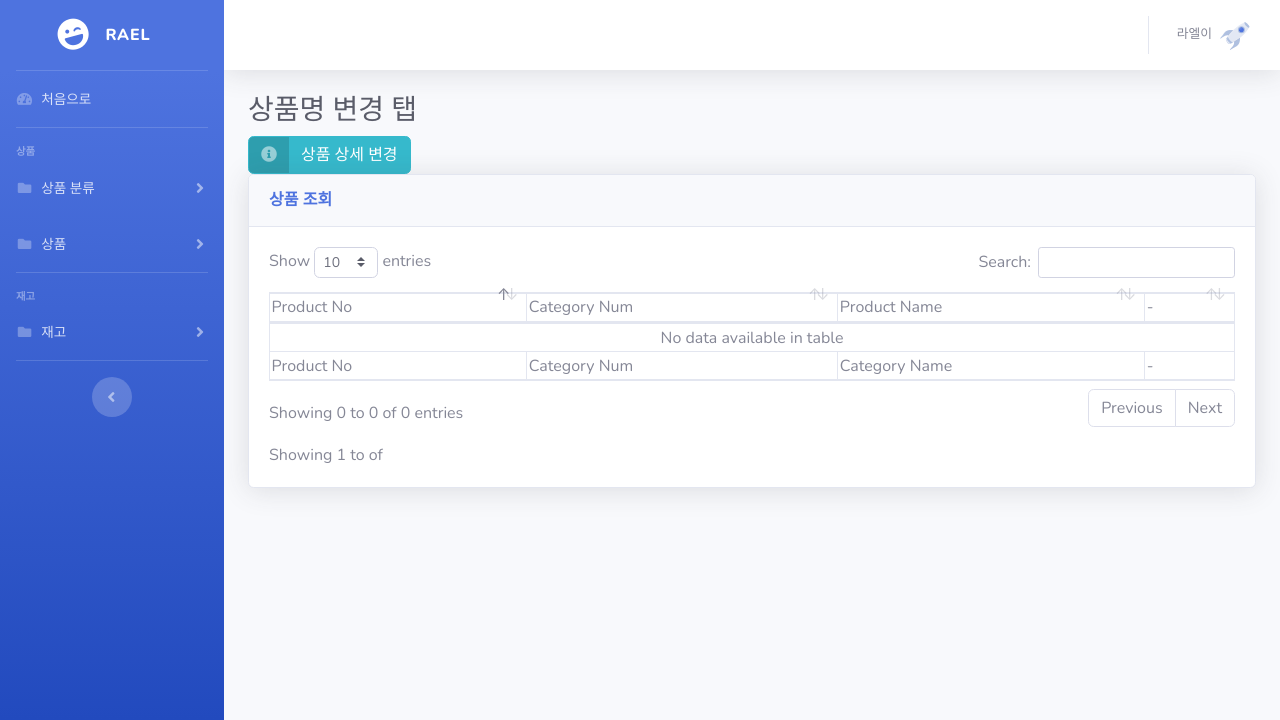
Repository: sww232/springRaelProject
Page: http://localhost/rael/WEB-INF/views/product/product_update.jsp
The author's editor kept a copy of each file at every save. The page is drawn from the files as they stood at one save, then again after the next save.
The browser window is 1280 px wide. The pictures show the whole page.
The page is served by Tomcat 9. Nobody is signed in. Other server files are loaded and not shown. The template is opened directly, without the code that normally fills it, so the values that code supplies are empty.

Above is the page before, as saved 2022-10-07 10:56:23.

### raelproject3/rael/src/main/webapp/WEB-INF/views/product/product_update.jsp
<%@ page language="java" contentType="text/html; charset=UTF-8" pageEncoding="UTF-8"%>
<%@ taglib uri="http://java.sun.com/jsp/jstl/core" prefix="c" %>
<%@ taglib prefix="sql" uri="http://java.sun.com/jsp/jstl/sql" %>
<%@ taglib prefix="fmt" uri="http://java.sun.com/jsp/jstl/fmt" %>
<!DOCTYPE html>
<html>
<head>
	    <meta name="viewport" content="width=device-width, initial-scale=1, shrink-to-fit=no">
	    <meta name="description" content="">
	    <meta name="author" content="">
	    <meta charset="UTF-8">
			<title>상품명 수정 탭</title>

		<link href="/vendor/fontawesome-free/css/all.min.css" rel="stylesheet" type="text/css">
	    <link
	        href="https://fonts.googleapis.com/css?family=Nunito:200,200i,300,300i,400,400i,600,600i,700,700i,800,800i,900,900i"
	        rel="stylesheet">

	    <!-- Custom styles for this template -->
	    <link href="/css/sb-admin-2.min.css" rel="stylesheet">
	    <script src="/vendor/jquery/jquery.min.js"></script>
	    <script src="/vendor/bootstrap/js/bootstrap.bundle.min.js"></script>

	    <!-- Core plugin JavaScript-->
	    <script src="/vendor/jquery-easing/jquery.easing.min.js"></script>

	    <!-- Custom scripts for all pages-->
	    <script src="/js/sb-admin-2.min.js"></script>

	    <!-- Page level plugins -->
	    <script src="/vendor/datatables/jquery.dataTables.min.js"></script>
	    <script src="/vendor/datatables/dataTables.bootstrap4.min.js"></script>

	    <!-- Page level custom scripts -->
	    <script src="/js/demo/datatables-demo.js"></script>

	    <!-- Custom styles for this page -->
	    <link href="/vendor/datatables/dataTables.bootstrap4.min.css" rel="stylesheet">

	</head>
	<body id="page-top">
		<form>
			<div class="modal fade" id="moaModal1" tabindex="-1" role="dialog" aria-labelledby="exampleModalLabel" aria-hidden="true">

				<div class="modal-dialog" role="document">
					<div class="modal-content">
						<div class="modal-header">
							<h5 class="modal-title" id="exampleModalLabel">상품 등록을 위한 카테고리 선택</h5>
							<button class="close" type="button" data-dismiss="modal" aria-label="Close">
								<span aria-hidden="true">x</span>
							</button>
							</div>
							<div class="modal-body">
								<select name="categoryBox1" id="categoryBox1">
									<option value="defaultValue" selected></option>
									<c:forEach var="list" items="${categorynums}">
										<option value="${list}">
											${list}
										</option>
									</c:forEach>
								</select>
							</div>
						<div class="modal-footer">
							<button class="btn btn-primary" type="button" data-dismiss="modal">Cancel</button>
							<button class="btn btn-primary" type="submit" formaction="/product/product_insert">Choice</button>
						</div>
					</div>
				</div>
			</div>
			<div class="modal fade" id="moaModal2" tabindex="-1" role="dialog" aria-labelledby="exampleModalLabel" aria-hidden="true">

				<div class="modal-dialog" role="document">
					<div class="modal-content">
						<div class="modal-header">
							<h5 class="modal-title" id="exampleModalLabel">상품 추가 등록을 위한 카테고리 선택</h5>
							<button class="close" type="button" data-dismiss="modal" aria-label="Close">
								<span aria-hidden="true">x</span>
							</button>
							</div>
							<div class="modal-body">
								<select name="categoryBox2" id="categoryBox2">
									<option value="defaultValue" selected></option>
									<c:forEach var="list" items="${categorynums}">
										<option value="${list}">
											${list}
										</option>
									</c:forEach>
								</select>
							</div>
						<div class="modal-footer">
							<button class="btn btn-primary" type="button" data-dismiss="modal">Cancel</button>
							<button class="btn btn-primary" type="submit" formaction="/product/product_insert_detail">Choice</button>
						</div>
					</div>
				</div>
			</div>
			<div class="modal fade" id="moaModal3" tabindex="-1" role="dialog" aria-labelledby="exampleModalLabel" aria-hidden="true">

				<div class="modal-dialog" role="document">
					<div class="modal-content">
						<div class="modal-header">
							<h5 class="modal-title" id="exampleModalLabel">상품명/상세정보 수정을 위한 카테고리 선택</h5>
							<button class="close" type="button" data-dismiss="modal" aria-label="Close">
								<span aria-hidden="true">x</span>
							</button>
							</div>
							<div class="modal-body">
								<select name="categoryBox3" id="categoryBox3">
									<option value="defaultValue" selected></option>
									<c:forEach var="list" items="${categorynums}">
										<option value="${list}">
											${list}
										</option>
									</c:forEach>
								</select>
							</div>
						<div class="modal-footer">
							<button class="btn btn-primary" type="button" data-dismiss="modal">Cancel</button>
							<button class="btn btn-primary" type="submit" formaction="/product/product_update">Choice</button>
						</div>
					</div>
				</div>
			</div>
		</form>
	<div id="wrapper">
		 <ul class="navbar-nav bg-gradient-primary sidebar sidebar-dark accordion" id="accordionSidebar">

            <!-- Sidebar - Brand -->
            <a class="sidebar-brand d-flex align-items-center justify-content-center" href="/">
                <div class="sidebar-brand-icon rotate-n-15">
                    <i class="fas fa-laugh-wink"></i>
                </div>
                <div class="sidebar-brand-text mx-3">RAEL</div>
            </a>

            <!-- Divider -->
            <hr class="sidebar-divider my-0">

            <!-- Nav Item - Dashboard -->
            <li class="nav-item">
                <a class="nav-link" href="/">
                    <i class="fas fa-fw fa-tachometer-alt"></i>
                    <span>처음으로</span></a>
            </li>

            <!-- Divider -->
            <hr class="sidebar-divider">

            <!-- Heading -->
            <div class="sidebar-heading">
                상품
            </div>

            <!-- Nav Item - Pages Collapse Menu -->
            <li class="nav-item">
                <a class="nav-link collapsed" href="#" data-toggle="collapse" data-target="#collapseTwo"
                    aria-expanded="true" aria-controls="collapseTwo">
                    <i class="fas fa-fw fa-folder"></i>
                    <span>상품 분류</span>
                </a>
                <div id="collapseTwo" class="collapse" aria-labelledby="headingTwo" data-parent="#accordionSidebar">
                    <div class="bg-white py-2 collapse-inner rounded">
                        <h6 class="collapse-header">상풍 분류 탭</h6>
                        <a class="collapse-item" href="/product/category_select?page=1&recordSize=10&pageSize=10">상품 분류 조회</a>
                        <a class="collapse-item" href="/product/category_insert?insertresult=0">상품 분류 등록</a>
                        <a class="collapse-item" href="/product/category_update">상품 분류 수정</a>
                    </div>
                </div>
            </li>

            <!-- Nav Item - Utilities Collapse Menu -->
            <li class="nav-item">
                <a class="nav-link collapsed" href="#" data-toggle="collapse" data-target="#collapseUtilities"
                    aria-expanded="true" aria-controls="collapseUtilities">
                    <i class="fas fa-fw fa-folder"></i>
                    <span>상품</span>
                </a>
                <div id="collapseUtilities" class="collapse" aria-labelledby="headingUtilities"
                    data-parent="#accordionSidebar">
                    <div class="bg-white py-2 collapse-inner rounded">
                        <h6 class="collapse-header">상품 탭</h6>
                        <a class="collapse-item" href="/product/all_select?page=1&recordSize=10&pageSize=10">상품 조회</a>
                        <a class="collapse-item" href="#" data-toggle="modal" data-target="#moaModal1">
							<i class="fas fa-arrow-right"></i>상품 등록
						</a>
						<a class="collapse-item" href="#" data-toggle="modal" data-target="#moaModal2">
							<i class="fas fa-arrow-right"></i>상품 추가 등록
						</a>
						<a class="collapse-item" href="#" data-toggle="modal" data-target="#moaModal3">
							<i class="fas fa-arrow-right"></i>상품명/상세정보 수정
						</a>
                    </div>
                </div>
            </li>

            <!-- Divider -->
            <hr class="sidebar-divider">

            <!-- Heading -->
            <div class="sidebar-heading">
                재고
            </div>

            <!-- Nav Item - Pages Collapse Menu -->
            <li class="nav-item">
                <a class="nav-link collapsed" href="#" data-toggle="collapse" data-target="#collapsePages"
                    aria-expanded="true" aria-controls="collapsePages">
                    <i class="fas fa-fw fa-folder"></i>
                    <span>재고</span>
                </a>
                <div id="collapsePages" class="collapse" aria-labelledby="headingPages" data-parent="#accordionSidebar">
                    <div class="bg-white py-2 collapse-inner rounded">
                        <h6 class="collapse-header">재고</h6>
                        <a class="collapse-item" href="/stock/stock_select?page=1&recordSize=10&pageSize=10">재고 조회 및 입/출고</a>
                        <div class="collapse-divider"></div>
                        <h6 class="collapse-header">재고 입/출고</h6>
                        <a class="collapse-item" href="/stock/stock_history?page=1&recordSize=10&pageSize=10">내역</a>
                        <a class="collapse-item" href="/stock/stock_history_cancel?page=1&recordSize=10&pageSize=10">취소</a>
                    </div>
                </div>
            </li>

            <!-- Divider -->
            <hr class="sidebar-divider d-none d-md-block">

            <!-- Sidebar Toggler (Sidebar) -->
            <div class="text-center d-none d-md-inline">
                <button class="rounded-circle border-0" id="sidebarToggle"></button>
            </div>

        </ul>

        <!-- End of Sidebar -->

        <!-- Content Wrapper -->
        <div id="content-wrapper" class="d-flex flex-column">

            <!-- Main Content -->
            <div id="content">

                <!-- Topbar -->
                <nav class="navbar navbar-expand navbar-light bg-white topbar mb-4 static-top shadow">

                    <!-- Sidebar Toggle (Topbar) -->
                    <form class="form-inline">
                        <button id="sidebarToggleTop" class="btn btn-link d-md-none rounded-circle mr-3">
                            <i class="fa fa-bars"></i>
                        </button>
                    </form>

                    <!-- Topbar Search
                    <form
                        class="d-none d-sm-inline-block form-inline mr-auto ml-md-3 my-2 my-md-0 mw-100 navbar-search">
                        <div class="input-group">
                            <input type="text" class="form-control bg-light border-0 small" placeholder="Search for..."
                                aria-label="Search" aria-describedby="basic-addon2">
                            <div class="input-group-append">
                                <button class="btn btn-primary" type="button">
                                    <i class="fas fa-search fa-sm"></i>
                                </button>
                            </div>
                        </div>
                    </form>
					-->
                    <!-- Topbar Navbar -->
                    <ul class="navbar-nav ml-auto">

                        <!-- Nav Item - Search Dropdown (Visible Only XS) -->
                        <li class="nav-item dropdown no-arrow d-sm-none">
                            <a class="nav-link dropdown-toggle" href="#" id="searchDropdown" role="button"
                                data-toggle="dropdown" aria-haspopup="true" aria-expanded="false">
                                <i class="fas fa-search fa-fw"></i>
                            </a>
                            <!-- Dropdown - Messages -->
                            <div class="dropdown-menu dropdown-menu-right p-3 shadow animated--grow-in"
                                aria-labelledby="searchDropdown">
                                <form class="form-inline mr-auto w-100 navbar-search">
                                    <div class="input-group">
                                        <input type="text" class="form-control bg-light border-0 small"
                                            placeholder="Search for..." aria-label="Search"
                                            aria-describedby="basic-addon2">
                                        <div class="input-group-append">
                                            <button class="btn btn-primary" type="button">
                                                <i class="fas fa-search fa-sm"></i>
                                            </button>
                                        </div>
                                    </div>
                                </form>
                            </div>
                        </li>
                        <div class="topbar-divider d-none d-sm-block"></div>

                        <!-- Nav Item - User Information -->
                        <li class="nav-item dropdown no-arrow">
                            <a class="nav-link dropdown-toggle" href="#" id="userDropdown" role="button"
                                data-toggle="dropdown" aria-haspopup="true" aria-expanded="false">
                                <span class="mr-2 d-none d-lg-inline text-gray-600 small">라엘이</span>
                                <img class="img-profile rounded-circle"
                                    src="img/undraw_rocket.svg">
                            </a>
                            <!-- Dropdown - User Information -->
                            <div class="dropdown-menu dropdown-menu-right shadow animated--grow-in"
                                aria-labelledby="userDropdown">
                                <div class="dropdown-divider"></div>
                                <a class="dropdown-item" href="#" data-toggle="modal" data-target="#logoutModal">
                                    <i class="fas fa-sign-out-alt fa-sm fa-fw mr-2 text-gray-400"></i>
                                    Logout
                                </a>
                            </div>
                        </li>
                    </ul>
                </nav>
    	<!-- End of Topbar -->


			<div class="container-fluid">
				<!-- Page Heading -->
				<h1 class="h3 mb-2 text-gray-800">상품명 변경 탭</h1>
				<button class="btn btn-info btn-icon-split" onclick="location.href='product_update_detail?categoryBox=${categoryBox}'">
			    <span class="icon text-white-50">
			    	<i class="fas fa-info-circle"></i>
			    </span>
			    <span class="text">상품 상세 변경</span>
		    </button>
				<div class="card shadow mb-4">
					<div class="card-header py-3">
					    <h6 class="m-0 font-weight-bold text-primary">상품 조회</h6>
					</div>
					<div class="card-body">
						<div class="table-responsive">
							<div id="dataTable_wrapper" class="dataTables_wrapper dt-bootstrap4">
								<div class="row">
									<div class="col-sm-12">
										<form>
											<table class="table table-bordered" id="dataTable" width="100%" cellspacing="0">
												<thead>
													<tr>
														<td>Product No</td>
														<td>Category Num</td>
														<td>Product Name</td>
														<td>-</td>
													</tr>
												</thead>
												<tfoot>
													<tr>
														<td>Product No</td>
														<td>Category Num</td>
														<td>Category Name</td>
														<td>-</td>
													</tr>
												</tfoot>

												<tbody>
													<c:forEach items="${datas.list}" var="data">
														<input type="hidden" name="product name for modify" value="${data.PRODUCTNAME}">
														<tr>
															<td>
																<button type="submit" class="btn btn-secondary btn-icon-split"
																value="${data.PRODUCTNUM}"
																formaction="/product/product_update/${data.PRODUCTNUM}">
																	<span class="icon text-white-50">
																		<i class="fas fa-arrow-right"></i>
																	</span>
																	<span class="text">${data.PRODUCTNUM}</span>
																</button>
															</td>
															<td>${data.PRODUCTCATEGORYNUM}/${data.PRODUCTCATEGORYNAME}</td>
															<td>${data.PRODUCTNAME}</td>

														</tr>
													</c:forEach>
												</tbody>
											</table>
										</form>
									</div>
								</div>
								<div class="row">
									<div class="col-sm-12 col-md-5">
										<div class="dataTables_info" id="dataTable_info" role="status" aria-live="polite">
											<c:if test="${shownumber >= allcount}">
												Showing ${datas.pagination.limitStart + 1} to ${allcount} of ${allcount}
											</c:if>
											<c:if test="${shownumber < allcount}">
												Showing ${datas.pagination.limitStart + 1} to ${datas.pagination.limitStart + 10} of ${allcount}
											</c:if>
										</div>
									</div>
									<div class="col-sm-12 col-md-7">
										<div class="dataTables_paginate paging_simple_numbers" id="dataTable_paginate">
											<ul class="pagination">
											    <c:if test="${datas.pagination.totalPageCount < 1}">
											        <li>0</li>
											    </c:if>
											    <c:if test="${datas.pagination.existPrevPage eq true}">
											    	<li class="paginate_button page-item previous">
											    		<a aria-controls="dataTable" data-dt-idx="${num}" class="page-link"
											    			href='<c:url value="/product/product_update?categoryBox3=${categoryBox}&page=${datas.pagination.startPage-1}&recordSize=10&pageSize=10"/>'>PREVIOUS</a>
											    	</li>
											    </c:if>
											    <c:if test="${datas.pagination.totalPageCount > 0}">
											   		<c:forEach begin="${datas.pagination.startPage}" end="${datas.pagination.endPage}" var="num">
											   			<li class="paignate_button page-item">
											   				<a  aria-controls="dataTable" data-dt-idx="${num}" class="page-link"
											   					href='<c:url value="/product/product_update?categoryBox3=${categoryBox}&page=${num}&recordSize=10&pageSize=10"/>'>${num}</a>
											   			</li>
											   		</c:forEach>
											    </c:if>
											    <c:if test="${datas.pagination.existNextPage eq true}">
											        <li class="paginate_button page-item next" id="dataTable_next">
											        	<a aria-controls="dataTable" data-dt-idx="${num}" class="page-link"
											        		href='<c:url value="/product/product_update?categoryBox3=${categoryBox}&page=${datas.pagination.endPage+1}&recordSize=10&pageSize=10"/>'>NEXT</a>
											       </li>
											    </c:if>
								    		</ul>
							    		</div>
							    	</div>
								</div>
							</div>
						</div>
					</div>
				</div>
			</div>
    	</div>
	</div>
	</div>

		<c:if test="${updateresult eq 1}">
				<script>
					alert("수정 완료!")
				</script>
		</c:if>
	</body>
</html>

### raelproject3/rael/src/main/resources/static/img/undraw_rocket.svg
<?xml version="1.0" encoding="utf-8"?>
<!-- Generator: Adobe Illustrator 25.0.0, SVG Export Plug-In . SVG Version: 6.00 Build 0)  -->
<svg version="1.1" id="b759170a-51c3-4e2f-999d-77dec9fd6d11"
	 xmlns="http://www.w3.org/2000/svg" xmlns:xlink="http://www.w3.org/1999/xlink" x="0px" y="0px" viewBox="0 0 650.9 610.5"
	 style="enable-background:new 0 0 650.9 610.5;" xml:space="preserve">
<style type="text/css">
	.st0{fill:#AFC0E0;}
	.st1{opacity:0.2;fill:#FFFFFF;enable-background:new    ;}
	.st2{opacity:0.1;enable-background:new    ;}
	.st3{fill:#E3E8F4;}
	.st4{fill:#4E73DF;}
</style>
<path class="st0" d="M174,321c-2-1.6-4.2-3-6.6-4.2c-51.8-26.2-157,67.8-157,67.8L0,372.7c0,0,42.1-43.8,92.4-117.3
	c45.2-66.1,150.7-51.8,171.4-48.3c2.3,0.4,3.6,0.7,3.6,0.7C298.7,288.3,174,321,174,321z"/>
<path class="st1" d="M269.4,213.9c-0.6-2-1.3-4-2-6c0,0-1.2-0.2-3.6-0.7c-20.7-3.5-126.2-17.8-171.4,48.3C42.1,329,0,372.7,0,372.7
	l5.9,6.7c0,0,42.1-43.8,92.4-117.3C143.3,196.3,248,210.2,269.4,213.9z"/>
<path class="st0" d="M337.7,533.4c-79.2,40.8-127.8,77.1-127.8,77.1l-10.5-11.9c0,0,111.1-96.8,85.3-150.9c-0.5-1.2-1.2-2.3-1.9-3.4
	c0,0,47.9-119.6,123.9-78.5c0,0,0.1,1,0.2,2.9C407.8,387.8,409.7,496.3,337.7,533.4z"/>
<path class="st2" d="M174,321c-2-1.6-4.2-3-6.6-4.2c29.3-38.9,61.5-75.5,96.3-109.7c2.3,0.4,3.6,0.7,3.6,0.7
	C298.7,288.3,174,321,174,321z"/>
<path class="st2" d="M406.9,368.6c-38.6,29.6-79.4,56.1-122.3,79.1c-0.5-1.2-1.2-2.3-1.9-3.4c0,0,47.9-119.6,123.9-78.5
	C406.7,365.7,406.8,366.7,406.9,368.6z"/>
<path class="st3" d="M263.6,455.5c-20.3,10.4-41.6,20.5-64,30.2c-33.6,14.6-51.5-2.2-80.7-91.5c0,0,12.5-22.5,37.2-57
	c54.3-75.8,167.5-209.1,336.1-286.7C542.7,27.1,596.1,10.1,650.9,0c0,0-9.1,68.8-62,160.1S439.1,365.3,263.6,455.5z"/>
<circle class="st0" cx="435.6" cy="199.7" r="71.6"/>
<path class="st4" d="M469.2,237.9c-21,18.6-53.1,16.6-71.7-4.5c-7.8-8.8-12.2-20-12.7-31.8c-0.2-4.7,0.3-9.4,1.4-14
	c0.5-2,1.1-4.1,1.9-6c2.9-7.7,7.7-14.5,13.8-19.9c0.3-0.3,0.6-0.5,0.9-0.8c17.1-14.4,41.5-15.9,60.3-3.8c3.5,2.3,6.7,4.9,9.5,7.9
	l1,1.1C492.2,187.2,490.2,219.3,469.2,237.9C469.2,237.8,469.2,237.9,469.2,237.9z"/>
<path class="st0" d="M588.9,160.1c-83-35.2-96.8-109.6-96.8-109.6C542.7,27,596.1,10.1,650.9,0C650.9,0,641.8,68.8,588.9,160.1z"/>
<path class="st0" d="M263.6,455.5c-13.7,7.1-27.9,13.9-42.6,20.7c-7,3.2-14.1,6.4-21.4,9.5c-10.9,4.7-51.5-2.2-80.7-91.5
	c0,0,4.1-7.3,12.1-20c6.1-9.6,14.5-22.2,25.1-37c0,0,11,33.2,41.1,67.3C215.8,425.7,238.4,443,263.6,455.5z"/>
<path class="st3" d="M221,476.2c-7,3.2-14.1,6.4-21.4,9.5c-10.9,4.7-51.5-2.2-80.7-91.5c0,0,4.1-7.3,12.1-20
	C131,374.2,170.2,456.9,221,476.2z"/>
<path class="st1" d="M463.2,157l-0.1,0l-60.1,3.9c-0.3,0.3-0.6,0.5-0.9,0.8c-6.2,5.4-10.9,12.3-13.8,19.9l84.5-16.6L463.2,157z"/>
<path class="st1" d="M438.8,194.3l-53.9,7.3c-0.2-4.7,0.3-9.4,1.4-14l52.8,1.4L438.8,194.3z"/>
<path class="st1" d="M131.7,408.7c0,0,12.5-22.5,37.2-57C223.2,276,336.4,142.7,504.9,65c45.6-21.1,93.3-36.9,142.5-47.3
	C650.1,6.4,650.9,0,650.9,0c-54.8,10.1-108.2,27-158.7,50.5c-168.6,77.7-281.8,211-336.1,286.7c-24.7,34.4-37.2,57-37.2,57
	c11.5,35.3,26.6,57,40.5,70.3C149.4,451.4,139.7,433.3,131.7,408.7z"/>
</svg>

Loaded but not shown: raelproject3/rael/src/main/resources/static/css/sb-admin-2.min.css (library); raelproject3/rael/src/main/resources/static/js/sb-admin-2.min.js (common file); raelproject3/rael/src/main/resources/static/js/demo/datatables-demo.js (common file)

After the next save:
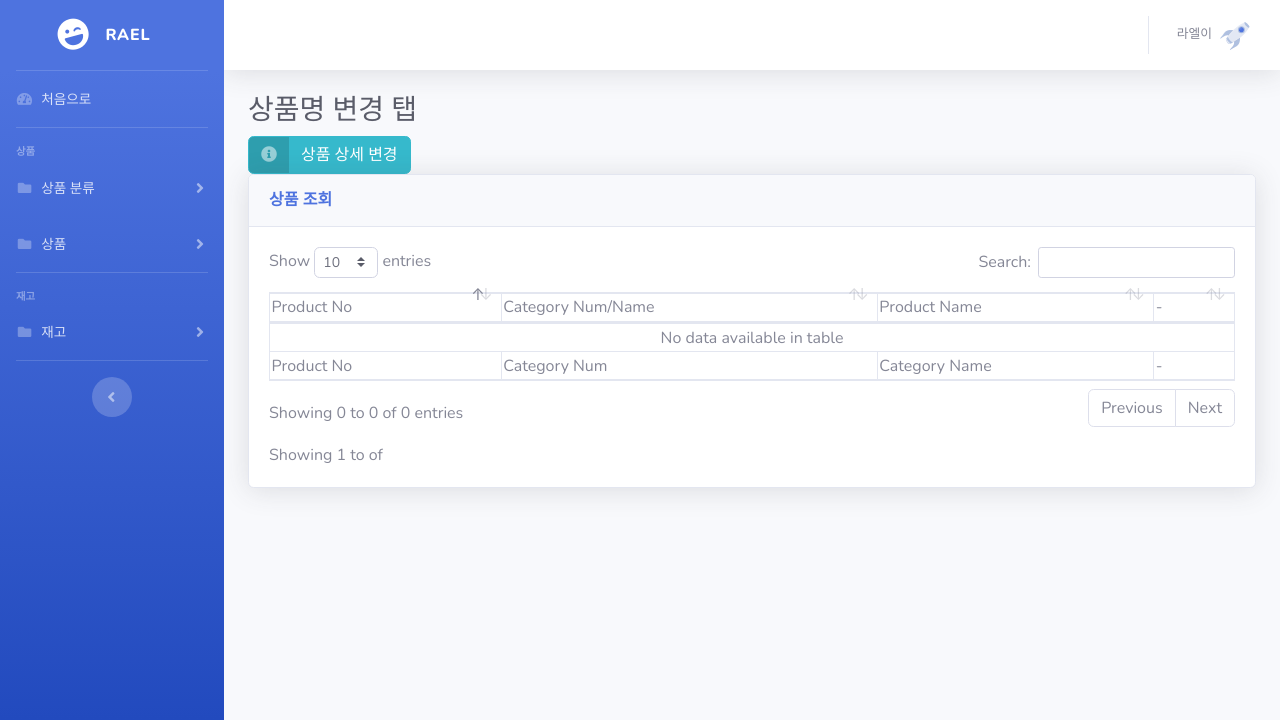
Saved 4 s later.
--- a/raelproject3/rael/src/main/webapp/WEB-INF/views/product/product_update.jsp
+++ b/raelproject3/rael/src/main/webapp/WEB-INF/views/product/product_update.jsp
@@ -336,7 +336,7 @@
 												<thead>
 													<tr>
 														<td>Product No</td>
-														<td>Category Num</td>
+														<td>Category Num/Name</td>
 														<td>Product Name</td>
 														<td>-</td>
 													</tr>
